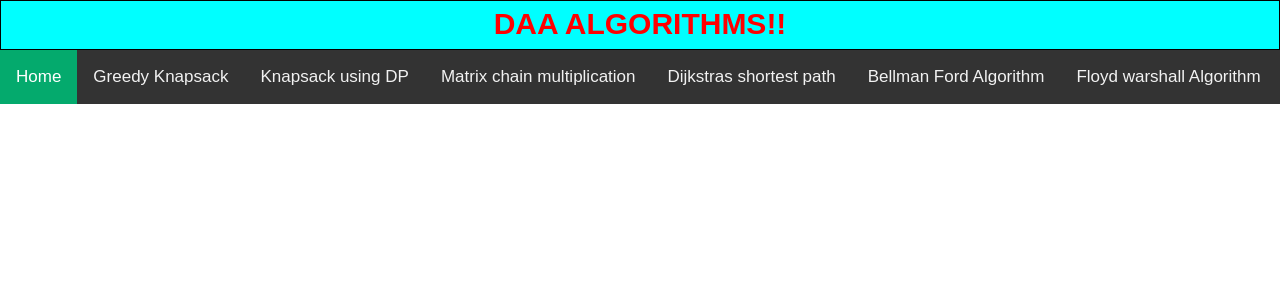
Repository: vinaybabu3962/ALGORITHMIC-TOOLBOX
Page: DAA_WT/webapp/index.html
An editor plug-in stored every save of this project. The page is shown before and after the next save, followed by the edit.
The browser window is 1280 px wide. The pictures show the whole page.

Above is the page before, as saved 2021-07-05 14:27:47.

### DAA_WT/webapp/index.html
<!DOCTYPE html>
<html>
<head>
<meta charset="ISO-8859-1">
<title>Main Page</title>
<link rel="stylesheet" href="https://cdn.jsdelivr.net/npm/bootstrap@5.0.2/dist/css/bootstrap.min.css" integrity="sha384-EVSTQN3/azprG1Anm3QDgpJLIm9Nao0Yz1ztcQTwFspd3yD65VohhpuuCOmLASjC" crossorigin="anonymous">
<script src="https://cdn.jsdelivr.net/npm/bootstrap@5.0.2/dist/js/bootstrap.min.js" integrity="sha384-cVKIPhGWiC2Al4u+LWgxfKTRIcfu0JTxR+EQDz/bgldoEyl4H0zUF0QKbrJ0EcQF" crossorigin="anonymous"></script>
<script src="https://cdn.jsdelivr.net/npm/bootstrap@5.0.2/dist/js/bootstrap.bundle.min.js" integrity="sha384-MrcW6ZMFYlzcLA8Nl+NtUVF0sA7MsXsP1UyJoMp4YLEuNSfAP+JcXn/tWtIaxVXM" crossorigin="anonymous"></script>
<meta name="viewport" content="width=device-width, initial-scale=1">
<style>
body {
  margin: 0;
  font-family: Arial, Helvetica, sans-serif;
}

.topnav {
  overflow: hidden;
  background-color: #333;
}

.topnav a {
  float: left;
  color: #f2f2f2;
  text-align: center;
  padding: 14px 16px;
  text-decoration: none;
  font-size: 17px;
}

.topnav a:hover {
  background-color: #ddd;
  color: black;
}

.topnav a.active {
  background-color: #04AA6D;
  color: white;
}
</style>
</head>
<body>
<div class="header" style="color:red;font-weight:bold;font-size:30px;border:1px solid black;background-color:cyan;height:50px;text-align:center;">
	DAA ALGORITHMS!!
</div>
<div class="topnav">
  <a class="active" href="#home">Home</a>
  <a href="GreedyKnapsack.html">Greedy Knapsack</a>
  <a href="KnapSackDP.html">Knapsack using DP</a>
  <a href="MatrixChainMultiplication.html">Matrix chain multiplication</a>
  <a href="Dijkstras.html">Dijkstras shortest path</a>
  <a href="BellmanFord.html">Bellman Ford Algorithm</a>
  <a href="FloydWarshall.html">Floyd warshall  Algorithm</a>
</div>
</body>
</html>

After the next save:
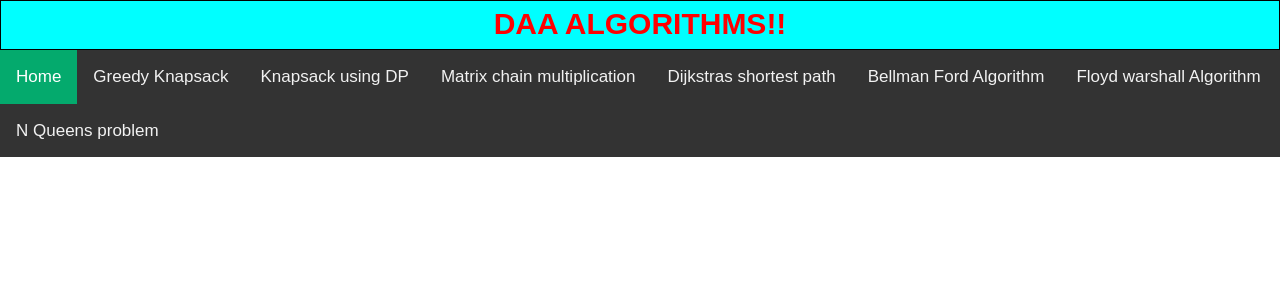
Saved 20 min 59 s later.
--- a/DAA_WT/webapp/index.html
+++ b/DAA_WT/webapp/index.html
@@ -50,6 +50,7 @@ body {
   <a href="Dijkstras.html">Dijkstras shortest path</a>
   <a href="BellmanFord.html">Bellman Ford Algorithm</a>
   <a href="FloydWarshall.html">Floyd warshall  Algorithm</a>
+  <a href="NQueens.html">N Queens problem</a>
 </div>
 </body>
 </html>
